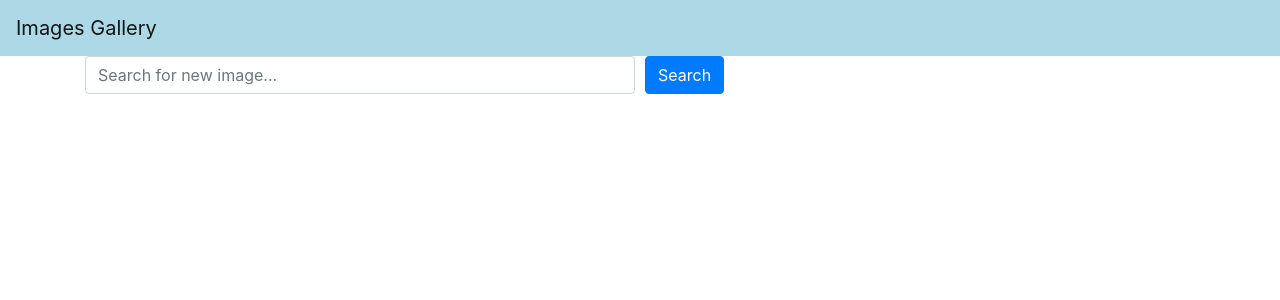
Repository: Zolds403/images-gallery
Page: / (app in frontend/)
These files come from the project's save history. The page is drawn as it stood at one moment and after the next save; the edit follows.
The browser window is 1280 px wide. The pictures show the whole page.
The project was rebuilt for these pictures with package versions that can differ from the ones it lists, and the page was loaded fresh each time.

Above is the page before, as saved 2021-06-03 18:38:31.

### frontend/src/index.js
//jshint esversion: 8
import React from 'react';
import ReactDOM from 'react-dom';
import './css/index.css';
import App from './App';
ReactDOM.render(
  <React.StrictMode>
    <App />
  </React.StrictMode>,
  document.getElementById('root')
);

### frontend/src/App.js
//jshint esversion: 8
import 'bootstrap/dist/css/bootstrap.min.css';
import Header from './components/Header';
import Search from './components/Search';

function App() {
  return (
    <div className="App">
     <Header title="Images Gallery"/>
     <Search />
    </div>
  );
}

export default App;

### frontend/src/components/Header.js
//jshint esversion: 8
import React from 'react';
import { Navbar } from 'react-bootstrap';

const navBarStyle = {
    backgroundColor: 'lightblue'
}

const Header = (props) => {
    const { title } = props;
    return(
        <Navbar style={navBarStyle} variant="light">
            <Navbar.Brand href="/">{props.title}</Navbar.Brand>
        </Navbar>
    )
};

export default Header;

### frontend/src/components/Search.js
//jshint esversion: 8
import React from 'react';
import { Container, Row, Col, Form, Button } from 'react-bootstrap';

const Search = () => {
    return (
      <Container>
        <Row>
          <Col>
            <Form>
              <Form.Row>
                <Col>
                  <Form.Control placeholder='Search for new image...' />
                </Col>
                <Col>
                  <Button variant="primary" type="submit">Search</Button>
                </Col>
              </Form.Row>
            </Form>
          </Col>
        </Row>
      </Container>
    );
};

export default Search;

Loaded but not shown: frontend/public/index.html (common file); frontend/src/css/index.css (common file)

After the next save:
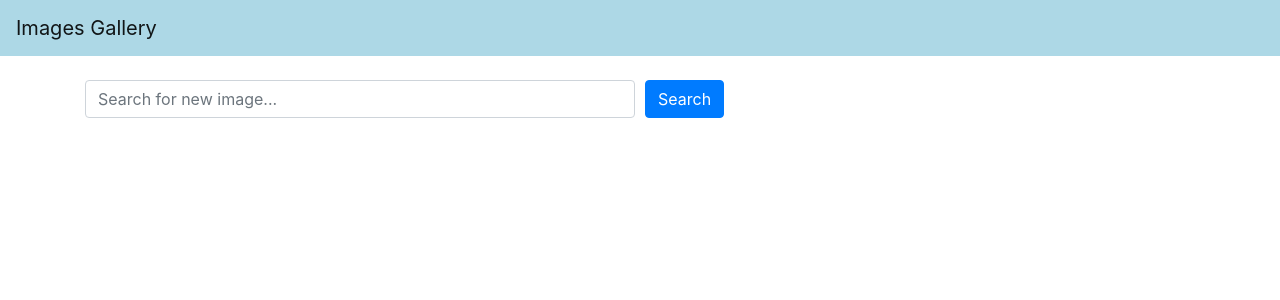
Saved 52 s later.
--- a/frontend/src/components/Search.js
+++ b/frontend/src/components/Search.js
@@ -4,7 +4,7 @@ import { Container, Row, Col, Form, Button } from 'react-bootstrap';
 
 const Search = () => {
     return (
-      <Container>
+      <Container className="mt-4">
         <Row>
           <Col>
             <Form>
